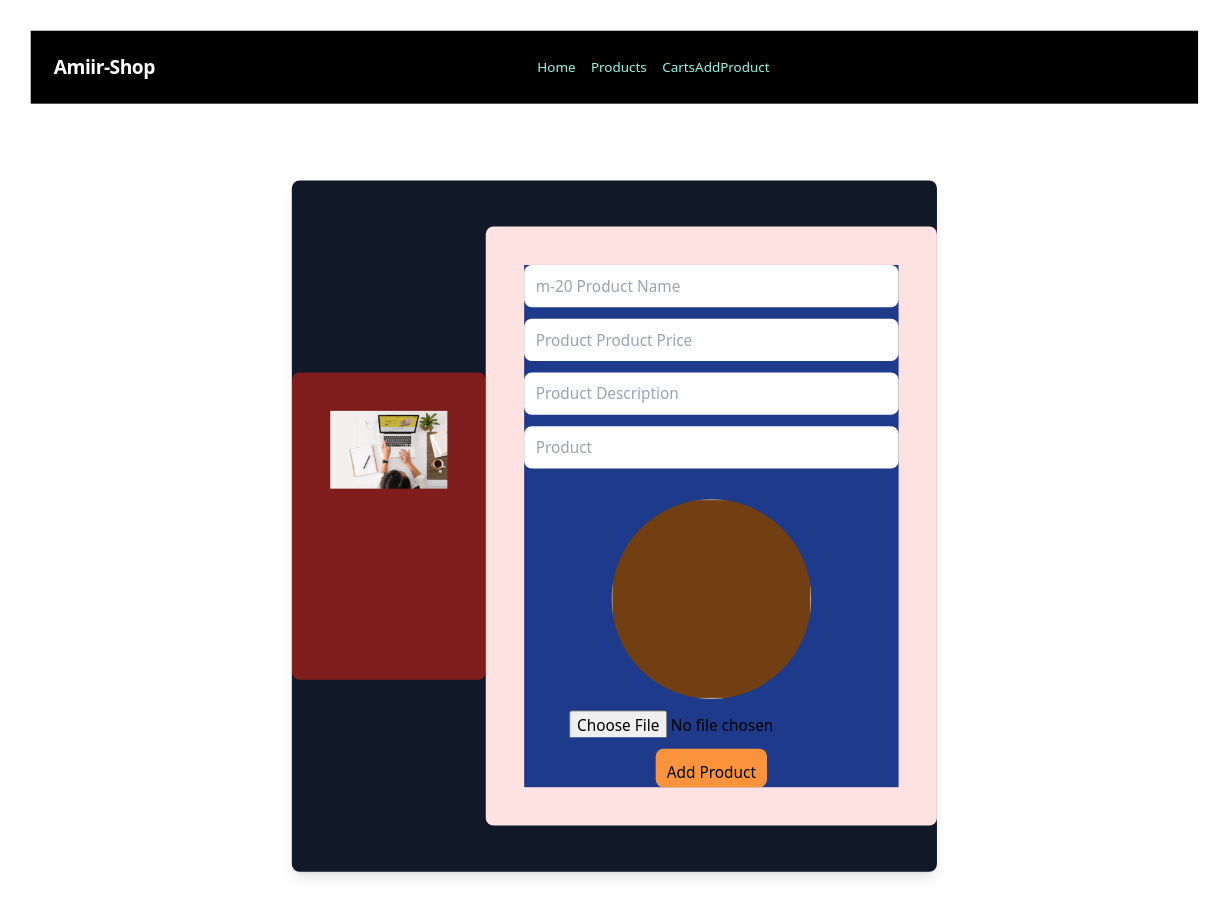
Repository: ENG-AMIIR-MUSE/ECommerce-app-using-react
Page: /addProducts
These files come from the project's save history. The page is drawn as it stood at one moment and after the next save; the edit follows.
The browser window is 1280 px wide. The pictures show the whole page, at 96% of full size.
The page's requests for data from a server got no answer. The project was rebuilt for these pictures with package versions that can differ from the ones it lists, and the page was loaded fresh each time. No one was signed in, and anything a server would have sent is missing. Also part of the build but not shown: vite.config.js, src/Components/productList.js, src/Components/productCard.js.

Above is the page before, as saved 2023-06-24 20:31:37.

### src/main.jsx
import React from 'react'
import ReactDOM from 'react-dom/client'
import App from './App.jsx'
import './index.css'

import { BrowserRouter }  from 'react-router-dom'



ReactDOM.createRoot(document.getElementById('root')).render(
  <React.StrictMode>
    <BrowserRouter>
    <App />
    </BrowserRouter>

  </React.StrictMode>,

)

### src/App.jsx
import { useEffect } from 'react'
import { useState } from 'react'
import axios from 'axios'
import ProductList from './Components/ProductList'
import ProductCard from './Components/ProductCard'

import './App.css'

import {NavBar} from './Components/NavBar'
import {  Routes,Route } from 'react-router-dom'

import AddProduct from './Components/AddProduct'

function App() {
const [products,setProducts] =  useState([])

useEffect(()=>{
  axios.get('https://fakestoreapi.com/products')
  .then((response)=>{
    // console.log(response)
   setProducts(response.data)
  }).catch((er)=>{
    console.log(er.response)
  })

})

  return (
    <>

    {/* {console.log(products)} */}
    <NavBar/>

    {/* <ProductCard/> */}
    <Routes>
    <Route path="/"/>
    <Route path="/products" element={<ProductList products ={products}/>}/>

    <Route path="/products/:id" element={<ProductCard products = {products}/>}/>
  <Route path="/addProducts/" element={<AddProduct/>}/>
  </Routes>
    </>


  )


}

export default App

### src/Components/NavBar.jsx
import React from 'react'
import {Link } from 'react-router-dom'
 export function NavBar() {
  return (
    <>
    <nav className=" items-center justify-between flex-wrap bg-black p-6 mb-20 h-auto p-5">
  <div className="flex items-center flex-shrink-0 text-white mr-6">

    <span className="font-semibold text-xl tracking-tight">Amiir-Shop</span>


  <div className="w-full block flex-grow lg:flex lg:items-center lg:w-auto">
    <div className="text-sm lg:flex-grow">
      <Link to="/" className="block mt-4 lg:inline-block lg:mt-0 text-teal-200 hover:text-white mr-4">
        Home
      </Link>
      <Link to="/products" className="block mt-4 lg:inline-block lg:mt-0 text-teal-200 hover:text-white mr-4">
        Products
      </Link>
      <Link to="/carts" className="block mt-4 lg:inline-block lg:mt-0 text-teal-200 hover:text-white">
        Carts
      </Link>
      <Link to="/addProducts" className="block mt-4 lg:inline-block lg:mt-0 text-teal-200 hover:text-white">
        AddProduct
      </Link>
    </div>

  </div>
  </div>
</nav>
    </>
  )

 }

### src/Components/AddProduct.jsx
import React from "react";
import reactsvg from '../assets/weImage.jpg'
import { useState } from "react";
const  AddProduct = ()=>{
  const [image,setImage]  = useState(null)

    return(

        <div  className="bg-gray-900 mt-0  text-black  min-h-screen flex flex-col lg:flex-row lg:max-w-2xl  max-w-sm mx-auto justify-center items-center  shadow-lg rounded-lg  overflow-hidden">
          <div className="w-96 rounded-lg mx-auto  bg-red-900  m-5 h-80 p-10">
           <img src= {reactsvg}  alt="missing-product-image"/>
          </div>
          <div className=" p-10 m-10 rounded-lg bg-red-100 mx-auto bg-green-50 mx-auto">
          <form className="space-y-3 mx-auto bg-blue-900 p-">

           <input type="text"placeholder="m-20 Product Name" className="w-full rounded-lg h-11  pl-3"/>
          <input type="text"placeholder="Product Product Price" className="w-full rounded-lg h-11  pl-3"/>
          <input type="text"placeholder="Product Description" className="w-full rounded-lg h-11  pl-3"/>
           <input type="text" placeholder="Product"className="w-full rounded-lg h-11 pl-3 "/>
           <div className="flex felx-row  flex-wrap items-center justify-center space-x-4">
             <img src={image&&URL.createObjectURL(image)} alt={image} className="rounded-full w-52 h-52 mt-5  max-w-md  object-cover object-center bg-yellow-900" />
             <input type="file" className = "rounded-lg p-3 h-10 " onChange={(event)=>{

              setImage(event.target.files[0])
             }}/>
           </div>
             <input type="submit" className = "rounded-lg bg-orange-400 p-3 h-10 "value="Add Product"/>
          </form>
          </div>
          {console.log(image)}
        </div>
    )
}
export default AddProduct;

Loaded but not shown: index.html (common file); src/index.css (common file); src/App.css (common file); tailwind.config.js (common file)

After the next save:
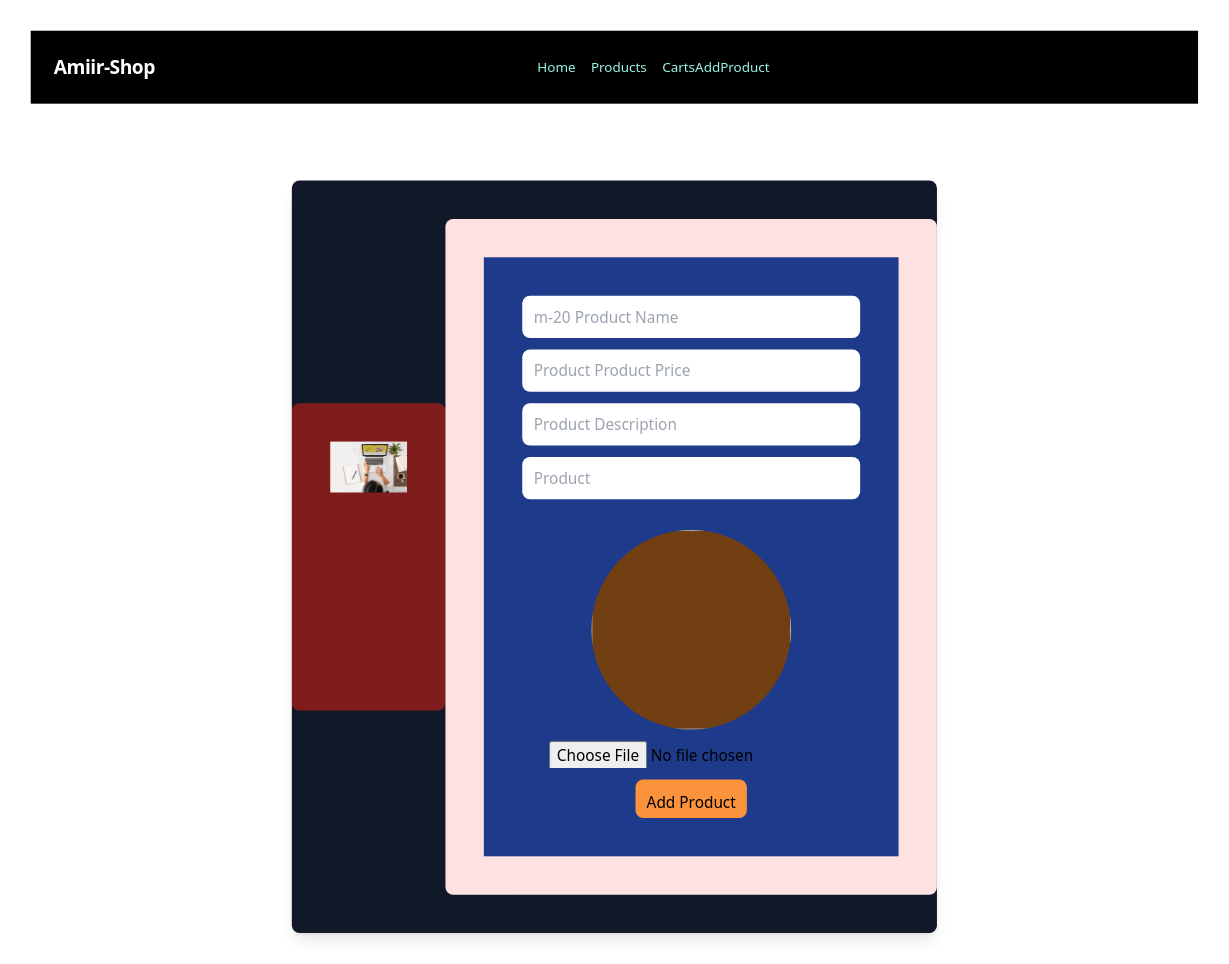
Saved 6 s later.
--- a/src/Components/AddProduct.jsx
+++ b/src/Components/AddProduct.jsx
@@ -11,7 +11,7 @@
            <img src= {reactsvg}  alt="missing-product-image"/>
           </div>
           <div className=" p-10 m-10 rounded-lg bg-red-100 mx-auto bg-green-50 mx-auto">
-          <form className="space-y-3 mx-auto bg-blue-900 p-">
+          <form className="space-y-3 mx-auto bg-blue-900 p-10">
 
            <input type="text"placeholder="m-20 Product Name" className="w-full rounded-lg h-11  pl-3"/>
           <input type="text"placeholder="Product Product Price" className="w-full rounded-lg h-11  pl-3"/>

After the 2 saves that followed:
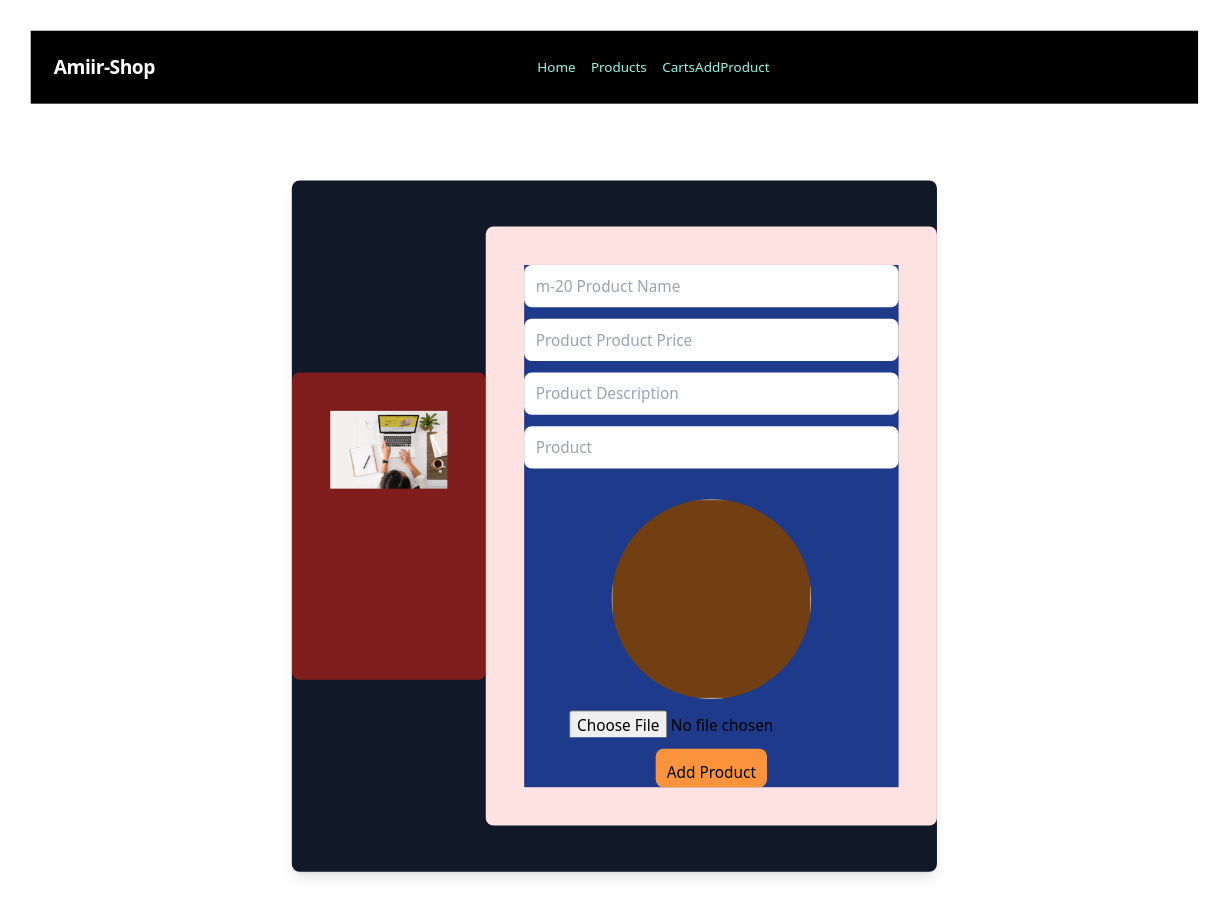
The 2 saves are shown as one change because they came seconds apart.
The last was saved 20 s later.
--- a/src/Components/AddProduct.jsx
+++ b/src/Components/AddProduct.jsx
@@ -11,7 +11,7 @@
            <img src= {reactsvg}  alt="missing-product-image"/>
           </div>
           <div className=" p-10 m-10 rounded-lg bg-red-100 mx-auto bg-green-50 mx-auto">
-          <form className="space-y-3 mx-auto bg-blue-900 p-10">
+          <form className="space-y-3 mx-auto bg-blue-900 ">
 
            <input type="text"placeholder="m-20 Product Name" className="w-full rounded-lg h-11  pl-3"/>
           <input type="text"placeholder="Product Product Price" className="w-full rounded-lg h-11  pl-3"/>
